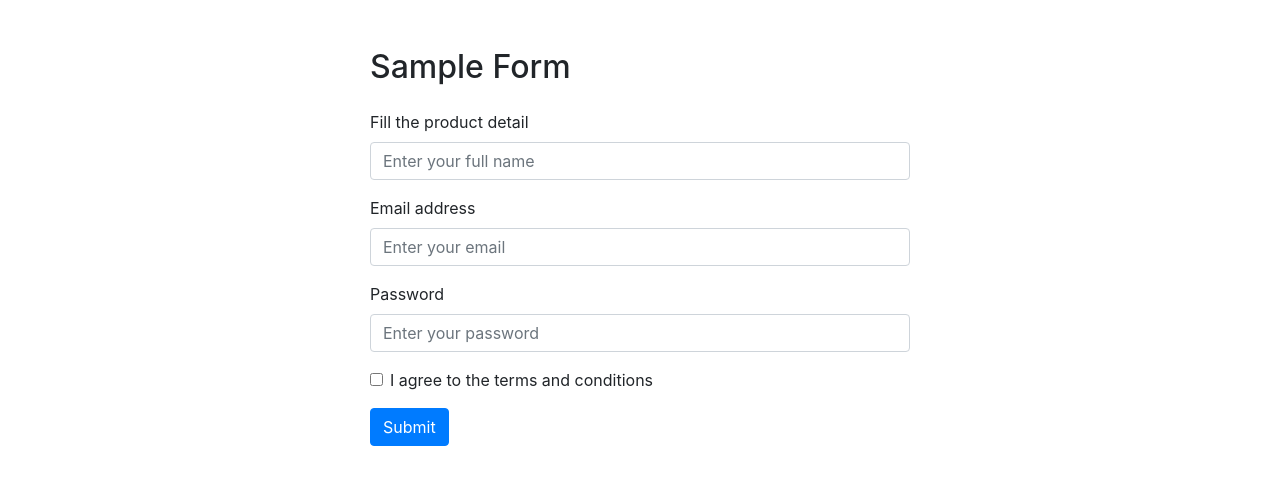
Repository: trajendra0242/Spring_Mvc_Crud_Operations
Page: http://localhost/productapp/WEB-INF/views/addproduct_from.jsp
These files come from the project's save history. The page is drawn as it stood at one moment and after the next save; the edit follows.
The browser window is 1280 px wide. The pictures show the whole page.
Some web libraries are served in a nearby version. The page is served by Tomcat 9. Nobody is signed in. Other server files are loaded and not shown. The template is opened directly, without the code that normally fills it, so the values that code supplies are empty.

Above is the page before, as saved 2023-12-21 06:09:12.

### productapp/src/main/webapp/WEB-INF/views/addproduct_from.jsp
<!DOCTYPE html>
<html>
<head>
<meta charset="ISO-8859-1">
<%@include file="./base.jsp"%>
</head>
<body>

	<div class="container mt-5">
  <div class="row justify-content-center">
    <div class="col-md-6">
      <h2 class="mb-4">Sample Form</h2>
      <form>
        <div class="form-group">
          <label for="fullName">Fill the product detail</label>
          <input type="text" class="form-control" id="fullName" placeholder="Enter your full name">
        </div>
        <div class="form-group">
          <label for="email">Email address</label>
          <input type="email" class="form-control" id="email" placeholder="Enter your email">
        </div>
        <div class="form-group">
          <label for="password">Password</label>
          <input type="password" class="form-control" id="password" placeholder="Enter your password">
        </div>
        <div class="form-group form-check">
          <input type="checkbox" class="form-check-input" id="terms">
          <label class="form-check-label" for="terms">I agree to the terms and conditions</label>
        </div>
        <button type="submit" class="btn btn-primary">Submit</button>
      </form>
    </div>
  </div>
</div>
</body>
</html>

### productapp/src/main/webapp/WEB-INF/views/base.jsp
<%@page import="javax.servlet.descriptor.TaglibDescriptor"%>
<%@ page language="java" contentType="text/html; charset=UTF-8"
	pageEncoding="UTF-8"%>
<meta name="viewport"
	content="width=device-width, initial-scale=1, shrink-to-fit=no">
	<%@page isELIgnored="false" %>
<%@ taglib prefix="c" uri="http://java.sun.com/jsp/jstl/core"%>

<link rel="stylesheet"
	href="https://cdn.jsdelivr.net/npm/bootstrap@4.0.0/dist/css/bootstrap.min.css"
	integrity="sha384-Gn5384xqQ1aoWXA+058RXPxPg6fy4IWvTNh0E263XmFcJlSAwiGgFAW/dAiS6JXm"
	crossorigin="anonymous">
<script src="https://code.jquery.com/jquery-3.2.1.slim.min.js"
	integrity="sha384-KJ3o2DKtIkvYIK3UENzmM7KCkRr/rE9/Qpg6aAZGJwFDMVNA/GpGFF93hXpG5KkN"
	crossorigin="anonymous"></script>
<script
	src="https://cdn.jsdelivr.net/npm/popper.js@1.12.9/dist/umd/popper.min.js"
	integrity="sha384-ApNbgh9B+Y1QKtv3Rn7W3mgPxhU9K/ScQsAP7hUibX39j7fakFPskvXusvfa0b4Q"
	crossorigin="anonymous"></script>
<script
	src="https://cdn.jsdelivr.net/npm/bootstrap@4.0.0/dist/js/bootstrap.min.js"
	integrity="sha384-JZR6Spejh4U02d8jOt6vLEHfe/JQGiRRSQQxSfFWpi1MquVdAyjUar5+76PVCmYl"
	crossorigin="anonymous"></script>

<title><c:out value="${title }">Product CRUD APP</c:out></title>

After the next save:
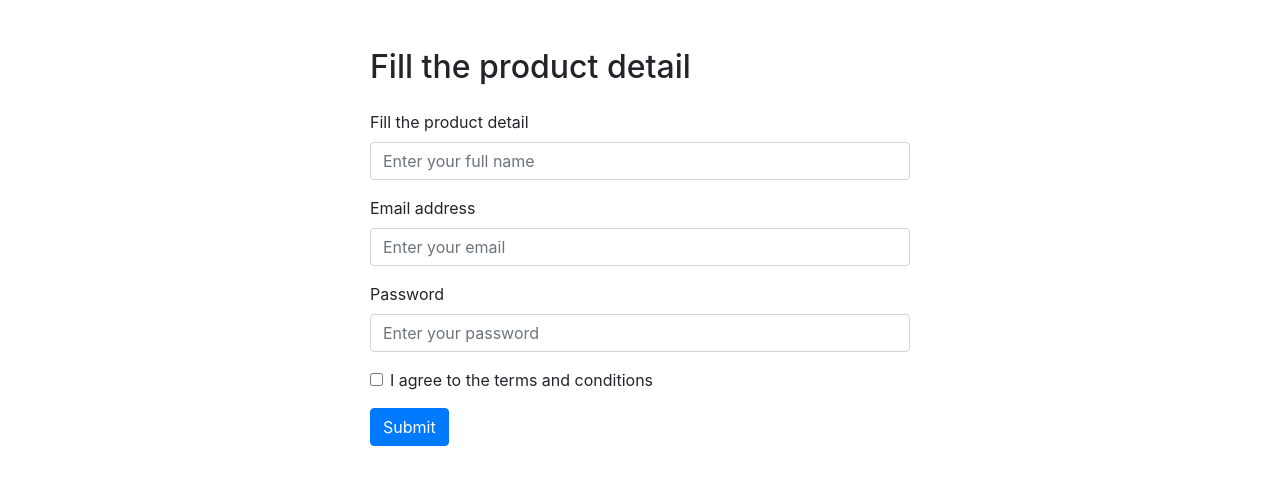
Saved 26 s later.
--- a/productapp/src/main/webapp/WEB-INF/views/addproduct_from.jsp
+++ b/productapp/src/main/webapp/WEB-INF/views/addproduct_from.jsp
@@ -9,7 +9,7 @@
 	<div class="container mt-5">
   <div class="row justify-content-center">
     <div class="col-md-6">
-      <h2 class="mb-4">Sample Form</h2>
+      <h2 class="mb-4">Fill the product detail</h2>
       <form>
         <div class="form-group">
           <label for="fullName">Fill the product detail</label>
